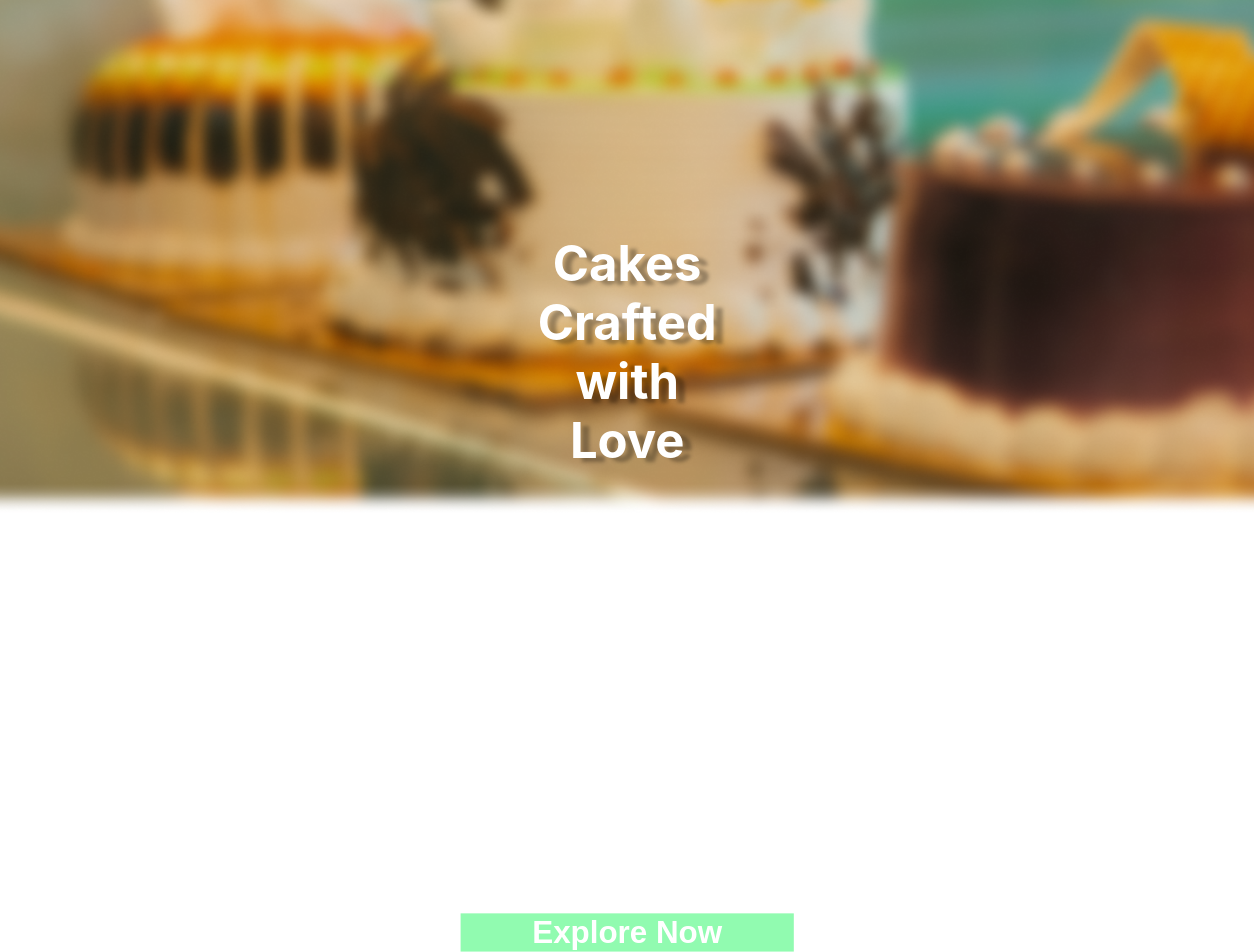
Repository: MEROO1010/cake-box-website
Page: / (app in Cake_box/cake_website/cake_frontend/)
These files come from the project's save history. The page is drawn as it stood at one moment and after the next save; the edit follows.
The browser window is 1280 px wide. The pictures show the whole page, at 98% of full size.
The project was rebuilt for these pictures with package versions that can differ from the ones it lists, and the page was loaded fresh each time.

Above is the page before, as saved 2024-10-22 12:36:45.

After the next save:
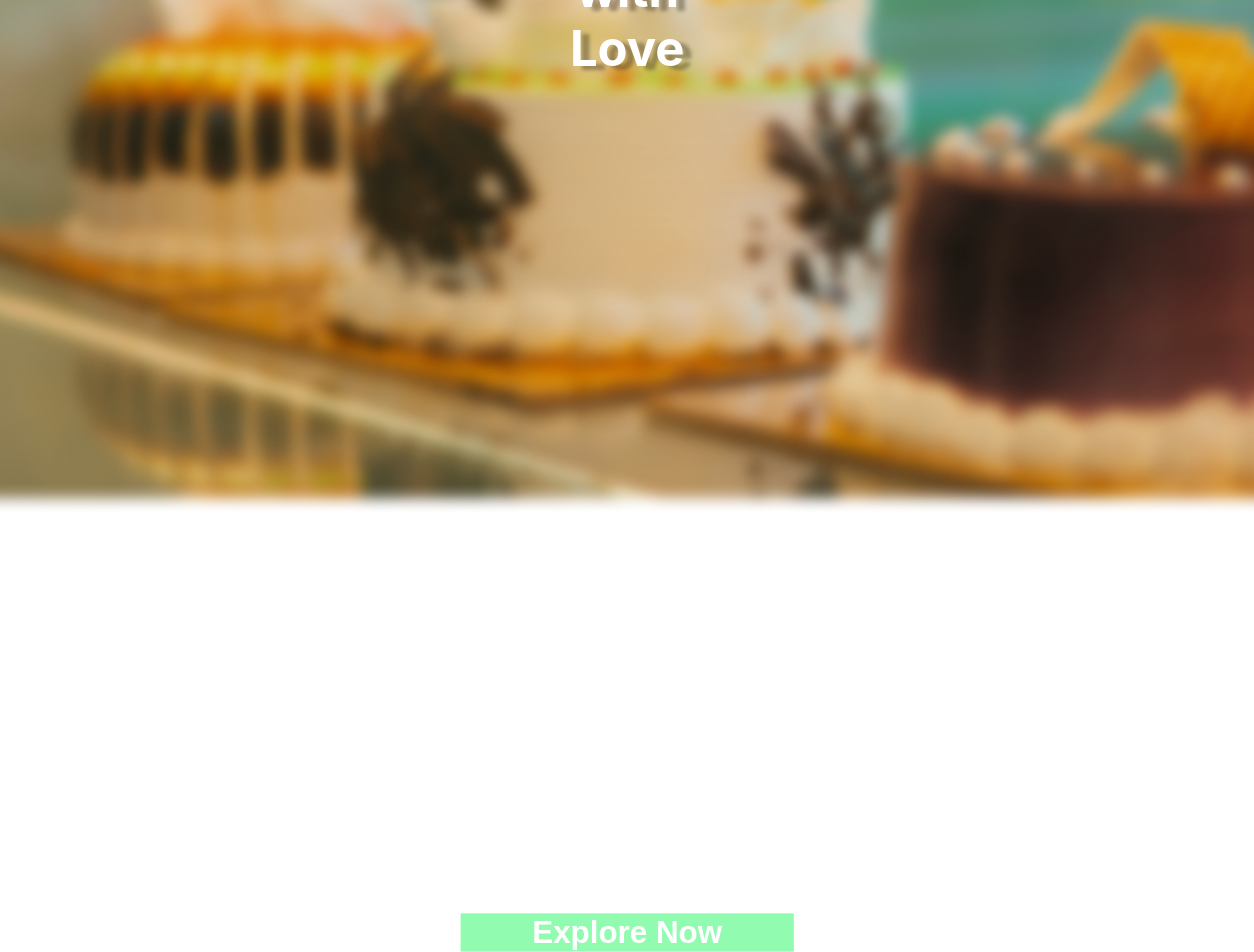
Saved 5 s later.
--- a/Cake_box/cake_website/cake_frontend/src/components/HomePage/Homepage.jsx
+++ b/Cake_box/cake_website/cake_frontend/src/components/HomePage/Homepage.jsx
@@ -40,7 +40,7 @@
     text-align: center;
     position:relative;
     padding-top: 80px;
-    bottom:400px;
+    bottom:800px;
 
   }
 
